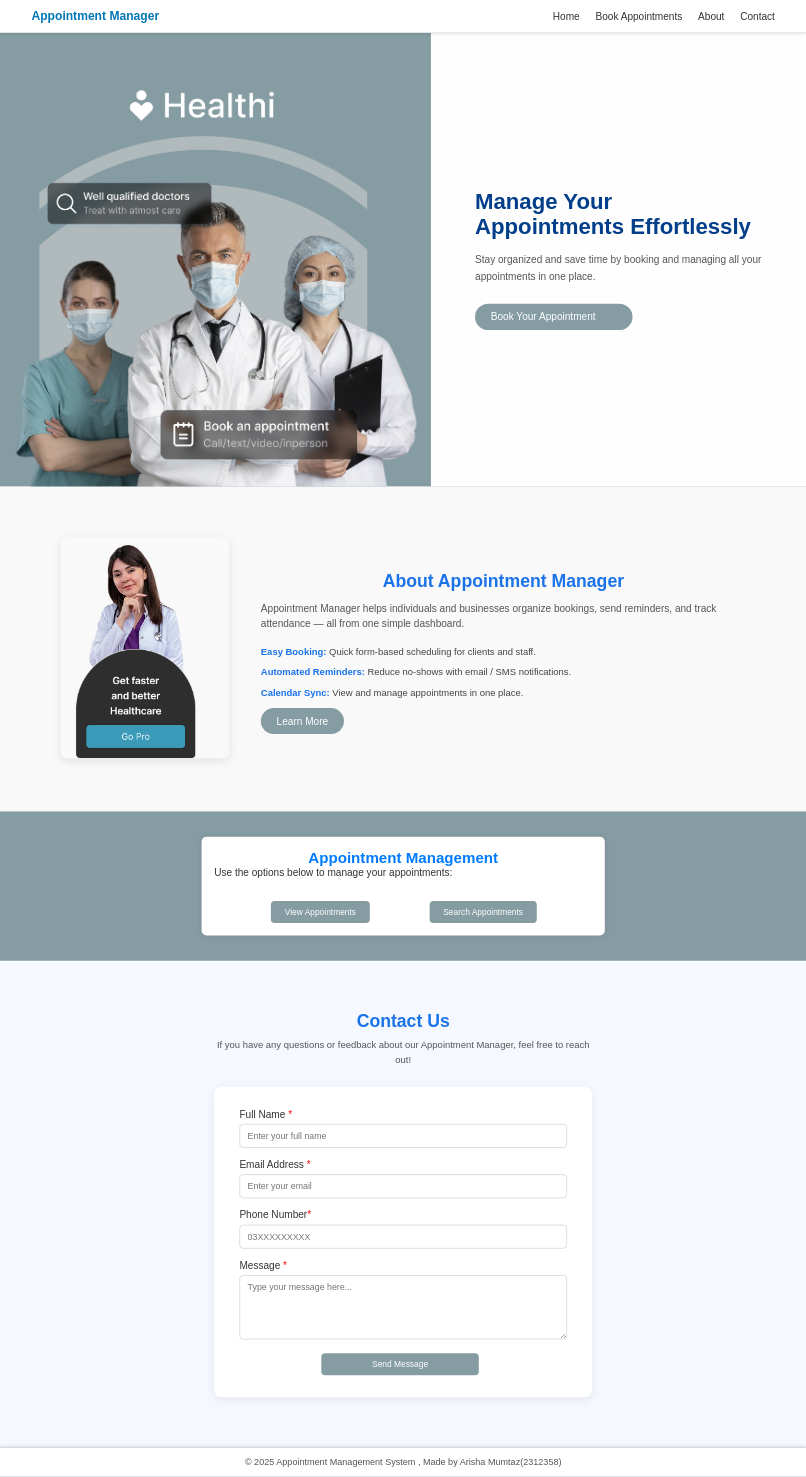
Repository: Arisha004/Hospital-Appointment-Management-System
Page: landingpage.html
The author's editor kept a copy of each file at every save. The page is drawn from the files as they stood at one save, then again after the next save.
The browser window is 1280 px wide. The pictures show the whole page, at 63% of full size.

Above is the page before, as saved 2025-10-24 15:54:54.

### landingpage.html
<!DOCTYPE html>
<html lang="en">
<head>
  <meta charset="UTF-8">
  <meta name="viewport" content="width=device-width, initial-scale=1.0">
  <title>Appointment Management System</title>
  <link rel="stylesheet" href="style.css">
  <style>
    .container1 { width: 50%;margin: 40px auto; background: #fff; padding: 20px; border-radius: 8px; box-shadow: 0 0 10px rgba(0,0,0,0.1); }
  h2 { text-align: center; color: #007bff; }
    button{

  display: inline-block;
  background-color: #869CA3;
  color: #fff;
  padding: 10px 22px;
  border: none;
  border-radius: 6px;
  cursor: pointer;
  font-weight: 500;
margin-left: 90px;
  transition: 0.3s;
   text-align: center;
}

button:hover {
  background-color: #7498a3;
  transform: translateY(-2px);
}
a{
  color: white;
  text-decoration: none;
}
  </style>
</head>
<body>
  <header class="navbar">
    <div class="logo">Appointment Manager</div>
    <nav>
      <ul>
        <li><a href="#">Home</a></li>
        <li><a href="index.php">Book Appointments</a></li>
        <li><a href="#about">About</a></li>
        <li><a href="#contact">Contact</a></li>
      </ul>
    </nav>
  </header>


  <section class="landing">
      <div class="right"></div>
    <div class="left">
      <h1>Manage Your Appointments Effortlessly</h1>
      <p>Stay organized and save time by booking and managing all your appointments in one place.</p>
      <a href="index.php" class="btn">Book Your Appointment</a>
    </div>

  </section>
  </section>


  <section id="about" class="about">
    <div class="container about-inner">
      <div class="about-image" aria-hidden="true">

        <img src="images/pic2.png" alt="" />
      </div>
      <div class="about-content">
        <h2>About Appointment Manager</h2>
        <p>Appointment Manager helps individuals and businesses organize bookings, send reminders, and track attendance — all from one simple dashboard.</p>
        <ul class="features">
          <li><strong>Easy Booking:</strong> Quick form-based scheduling for clients and staff.</li>
          <li><strong>Automated Reminders:</strong> Reduce no-shows with email / SMS notifications.</li>
          <li><strong>Calendar Sync:</strong> View and manage appointments in one place.</li>
        </ul>
        <a href="about.html" class="btn">Learn More</a>
      </div>
    </div>
  </section>
  <section id="crudoperations">
    <div class="container1">
      <h2>Appointment Management</h2>
      <p>Use the options below to manage your appointments:</p><br><br>

      <button> <a href="list.php" >View Appointments</a></button>
       <button>  <a href="searching.php">Search Appointments</a></button>
      </div>

  </section>

  <section id="contact" class="contact">
    <div class="container contact-inner">
      <h2>Contact Us</h2>
      <p>If you have any questions or feedback about our Appointment Manager, feel free to reach out!</p>

      <form action="insertcontactform.php" method="post" class="contact-form">
        <div class="form-group">
          <label for="name">Full Name <span>*</span></label>
          <input type="text" id="name" name="name" placeholder="Enter your full name" required pattern="[A-Za-z\s]{3,}">
        </div>

        <div class="form-group">
          <label for="email">Email Address <span>*</span></label>
          <input type="email" id="email" name="email" placeholder="Enter your email" required>
        </div>

        <div class="form-group">
          <label for="phone">Phone Number<span>*</span></label>
          <input type="tel" id="phone" name="phone" placeholder="03XXXXXXXXX" required pattern="[0-9]{11}" title="Enter 11-digit number only">
        </div>

        <div class="form-group">
          <label for="message">Message <span>*</span></label>
          <textarea id="message" name="message" rows="5" placeholder="Type your message here..." required minlength="10"></textarea>
        </div>

        <button type="submit" class="btn">Send Message</button>
      </form>
    </div>

  </section>
  <footer>
    <p>© 2025 Appointment Management System , Made by Arisha Mumtaz(2312358)</p>
  </footer>
</body>
</html>

### style.css
/* Reset and fonts */
* {
  margin: 0;
  padding: 0;
  box-sizing: border-box;
  font-family: 'Poppins', sans-serif;
}

body {
  background: #869CA3;
  color: #333;
}
/* About Section */
.about {
  background-color: #f9f9f9;
  padding: 80px 0;
}

.about-inner {
  width: 85%;
  max-width: 1100px;
  margin: 0 auto;
  display: flex;
  align-items: center;
  justify-content: space-between;
  gap: 50px;
  flex-wrap: wrap; /* makes it responsive */
}

.about-image img {
  width: 100%;
  max-width: 450px;
  border-radius: 10px;
  box-shadow: 0 4px 15px rgba(0,0,0,0.1);
}

.about-content {
  flex: 1;
  min-width: 300px;
}

.about-content h2 {
  font-size: 28px;
  color: #1a73e8;
  margin-bottom: 15px;
}

.about-content p {
  font-size: 16px;
  color: #555;
  line-height: 1.6;
  margin-bottom: 20px;
}

.features {
  list-style: none;
  padding: 0;
  margin-bottom: 25px;
}

.features li {
  margin-bottom: 10px;
  color: #444;
  font-size: 15px;
  line-height: 1.5;
}

.features strong {
  color: #1a73e8;
}


/* Contact Section */
.contact {
  background-color: #f5f9ff;
  padding: 80px 0;
}

.contact-inner {
  width: 85%;
  max-width: 600px;
  margin: 0 auto;
  text-align: center;
}

.contact h2 {
  font-size: 28px;
  color: #1a73e8;
  margin-bottom: 10px;
}

.contact p {
  color: #555;
  margin-bottom: 30px;
  font-size: 15px;
  line-height: 1.6;
}

.contact-form {
  background-color: #fff;
  padding: 35px 40px;
  border-radius: 12px;
  box-shadow: 0 4px 15px rgba(0,0,0,0.08);
  text-align: left;
}

.form-group {
  margin-bottom: 18px;
}

label {
  display: block;
  font-weight: 500;
  margin-bottom: 6px;
  color: #333;
}

label span {
  color: red;
}

input, textarea {
  width: 100%;
  padding: 10px 12px;
  border: 1px solid #ccc;
  border-radius: 6px;
  font-size: 14px;
  outline: none;
  transition: border-color 0.3s ease;
}

input:focus, textarea:focus {
  border-color: #1a73e8;
  box-shadow: 0 0 5px rgba(26,115,232,0.3);
}


.contact-form .btn {
  display: inline-block;
  background-color: #869CA3;
  color: #fff;
  padding: 10px 22px;
  border: none;
  border-radius: 6px;
  cursor: pointer;
  font-weight: 500;

  margin-left: 130px;
  transition: 0.3s;
   text-align: center;
}

.contact-form .btn:hover {
  background-color: #7498a3;
  transform: translateY(-2px);
}

/* Navbar */
.navbar {
  display: flex;
  justify-content: space-between;
  align-items: center;
  padding: 15px 50px;
  background: #fff;
  box-shadow: 0 2px 5px rgba(0,0,0,0.1);
  position: sticky;
  top: 0;
  z-index: 10;
}

.navbar .logo {
  font-weight: 700;
  font-size: 1.2rem;
  color: #0077b6;
}

.navbar ul {
  display: flex;
  list-style: none;
}

.navbar ul li a {
  text-decoration: none;
  color: #333;
  margin-left: 25px;
  transition: 0.3s;
}

.navbar ul li a:hover {
  color: #0077b6;
}

/* Split Landing Section */
.landing {
  display: flex;
  height: 100vh;
}


  button{

  display: inline-block;
  background-color: #869CA3;
  color: #fff;
  padding: 10px 22px;
  border: none;
  border-radius: 6px;
  cursor: pointer;
  font-weight: 500;

  transition: 0.3s;
   text-align: center;
}

button:hover {
  background-color: #7498a3;
  transform: translateY(-2px);
}
/* Left Text Section */
.landing .left {
  flex: 1;
  width: 50%;
  display: flex;
  flex-direction: column;
  justify-content: center;
  padding: 0 70px;
  background: #fefefe;
}

.landing .left h1 {
  font-size: 2.2rem;
  color: #023e8a;
  margin-bottom: 20px;
}

.landing .left p {
  font-size: 1rem;
  color: #555;
  margin-bottom: 30px;
  line-height: 1.6;
}

.btn {
  background: #869CA3;
  color: #fff;
  padding: 12px 25px;
  border-radius: 30px;
  text-decoration: none;
  font-weight: 300;
  transition: 0.3s;
  width: 250px;
}

.btn:hover {
  background: #7498a3;
}

/* Right Image Section */
.landing .right {
  flex: 1.5;
  background:url(images/pic1.png);
  background-repeat: no-repeat;
  background-size: cover;
  position: relative;
}

.landing .right::after {
  content: "";
  position: absolute;
  inset: 0;
}

/* Footer */
footer {
  text-align: center;
  padding: 15px;
  background: #fff;
  box-shadow: 0 -2px 5px rgba(0,0,0,0.1);
  font-size: 0.9rem;
  color: #555;
}

After the next save:
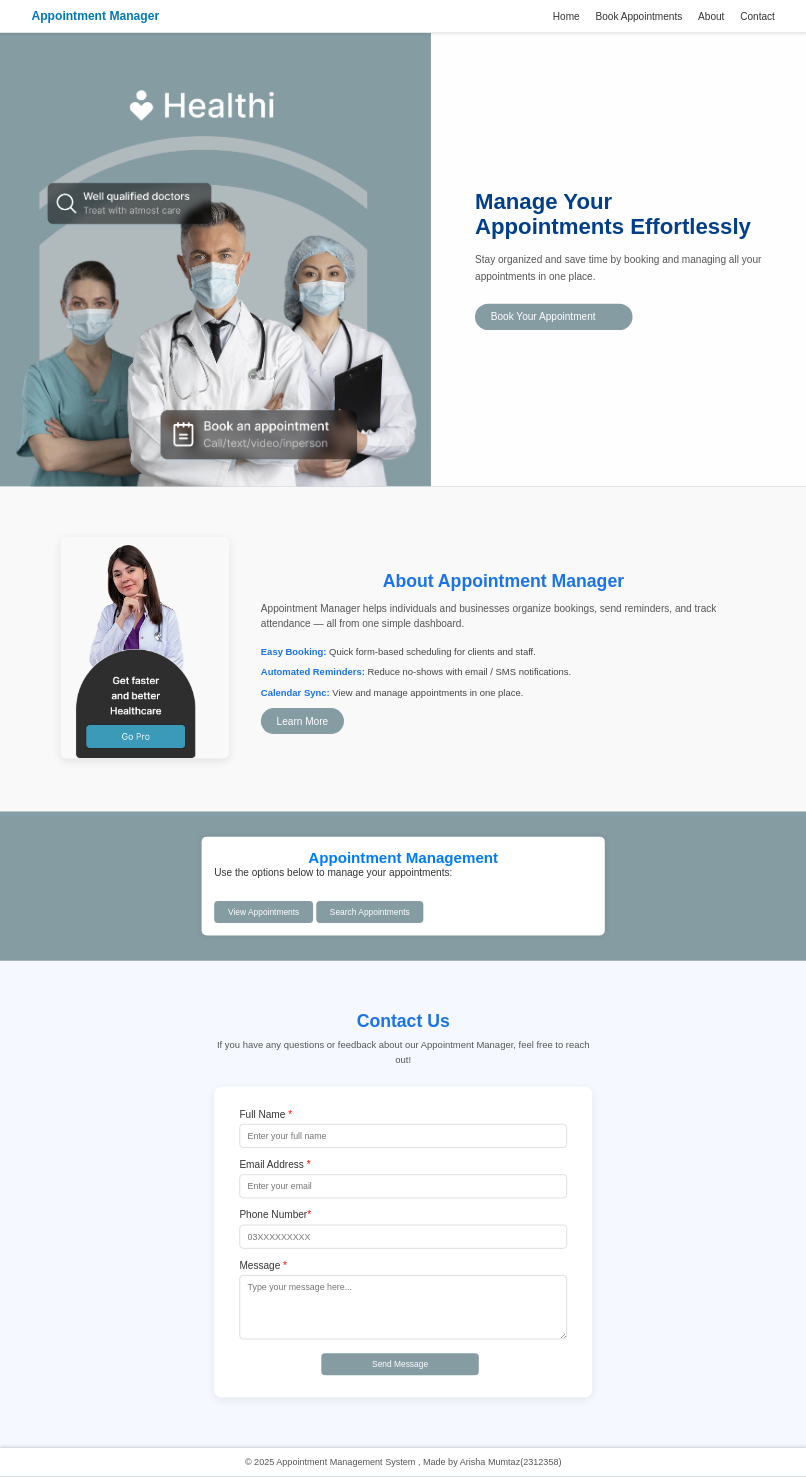
Saved 8 s later.
--- a/landingpage.html
+++ b/landingpage.html
@@ -18,7 +18,7 @@
   border-radius: 6px;
   cursor: pointer;
   font-weight: 500;
-margin-left: 90px;
+
   transition: 0.3s;
    text-align: center;
 }
